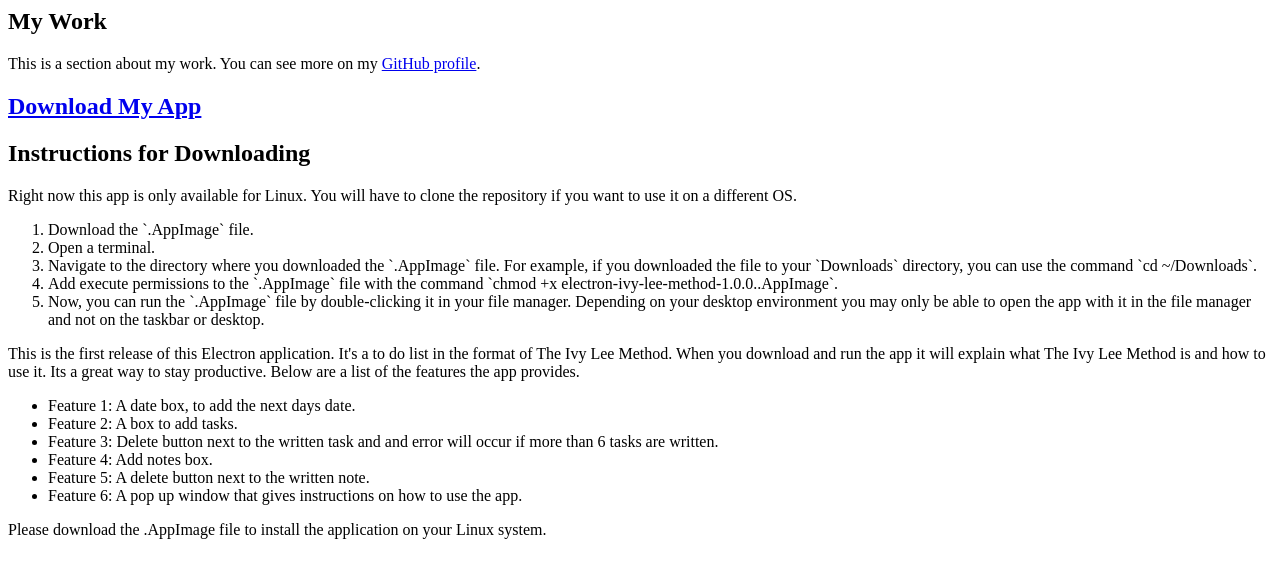
Repository: McBoatright/McBoatright.github.io
Page: my-work.html
An editor plug-in stored every save of this project. The page is shown before and after the next save, followed by the edit.
The browser window is 1280 px wide. The pictures show the whole page.

Above is the page before, as saved 2024-06-19 10:43:23.

### my-work.html
<section id="my-work">
    <h2>My Work</h2>
    <p>This is a section about my work. You can see more on my <a href="https://github.com/McBoatright">GitHub profile</a>.</p>
</section>

<section id="download-instructions">
    <h1><a href="https://github.com/McBoatright/electron-ivy-lee-method/releases" target="_blank">Download My App</a></h1>
    <h2>Instructions for Downloading</h2>
    <p>Right now this app is only available for Linux. You will have to clone the repository if you want to use it on a different OS. </p>
    <ol>
        <li>Download the `.AppImage` file.</li>
        <li>Open a terminal.</li>
        <li>Navigate to the directory where you downloaded the `.AppImage` file. For example, if you downloaded the file to your `Downloads` directory, you can use the command `cd ~/Downloads`.</li>
        <li>Add execute permissions to the `.AppImage` file with the command `chmod +x electron-ivy-lee-method-1.0.0..AppImage`.</li>
        <li>Now, you can run the `.AppImage` file by double-clicking it in your file manager. Depending on your desktop environment you may only be able to open the app with it in the file manager and not on the taskbar or desktop.</li>
    </ol>
    <p>This is the first release of this Electron application. It's a to do list in the format of The Ivy Lee Method. When you download and run the app it will explain what The Ivy Lee Method is and how to use it. Its a great way to stay productive. Below are a list of the features the app provides.</p>
    <ul>
        <li>Feature 1: A date box, to add the next days date.</li>
        <li>Feature 2: A box to add tasks.</li>
        <li>Feature 3: Delete button next to the written task and and error will occur if more than 6 tasks are written.</li>
        <li>Feature 4: Add notes box.</li>
        <li>Feature 5: A delete button next to the written note.</li>
        <li>Feature 6: A pop up window that gives instructions on how to use the app.</li>
    </ul>
    <p>Please download the .AppImage file to install the application on your Linux system.</p>
</section>

After the next save:
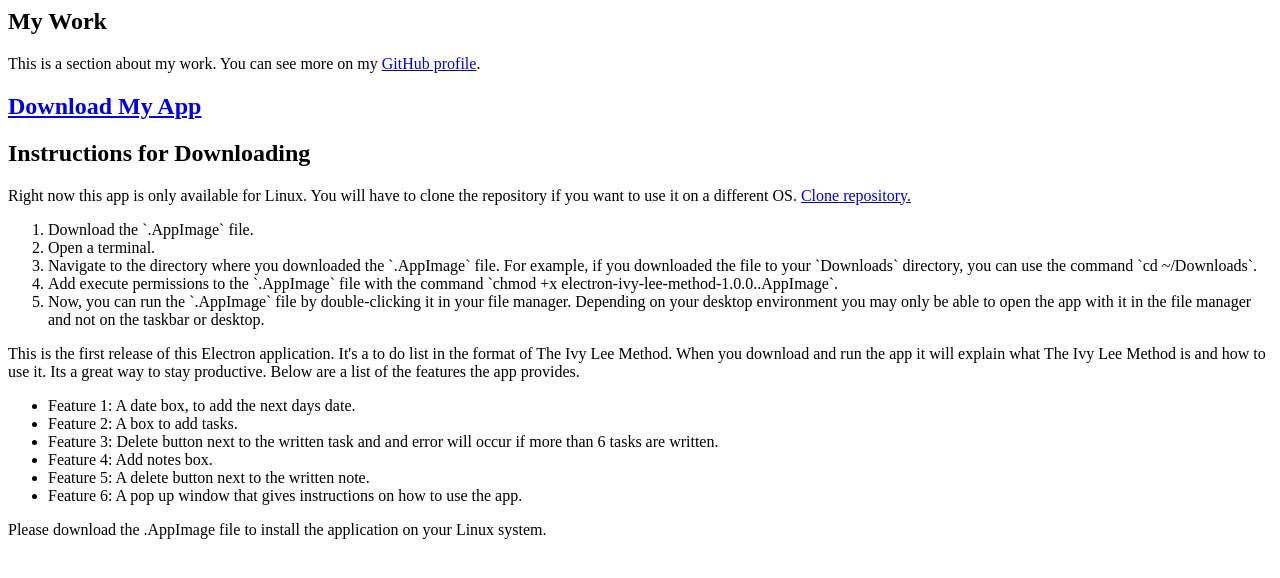
Saved 118 s later.
--- a/my-work.html
+++ b/my-work.html
@@ -6,7 +6,7 @@
 <section id="download-instructions">
     <h1><a href="https://github.com/McBoatright/electron-ivy-lee-method/releases" target="_blank">Download My App</a></h1>
     <h2>Instructions for Downloading</h2>
-    <p>Right now this app is only available for Linux. You will have to clone the repository if you want to use it on a different OS. </p>
+    <p>Right now this app is only available for Linux. You will have to clone the repository if you want to use it on a different OS. <a href="https://github.com/McBoatright/electron-ivy-lee-method.git" target="_blank"> Clone repository.</a></p>
     <ol>
         <li>Download the `.AppImage` file.</li>
         <li>Open a terminal.</li>
